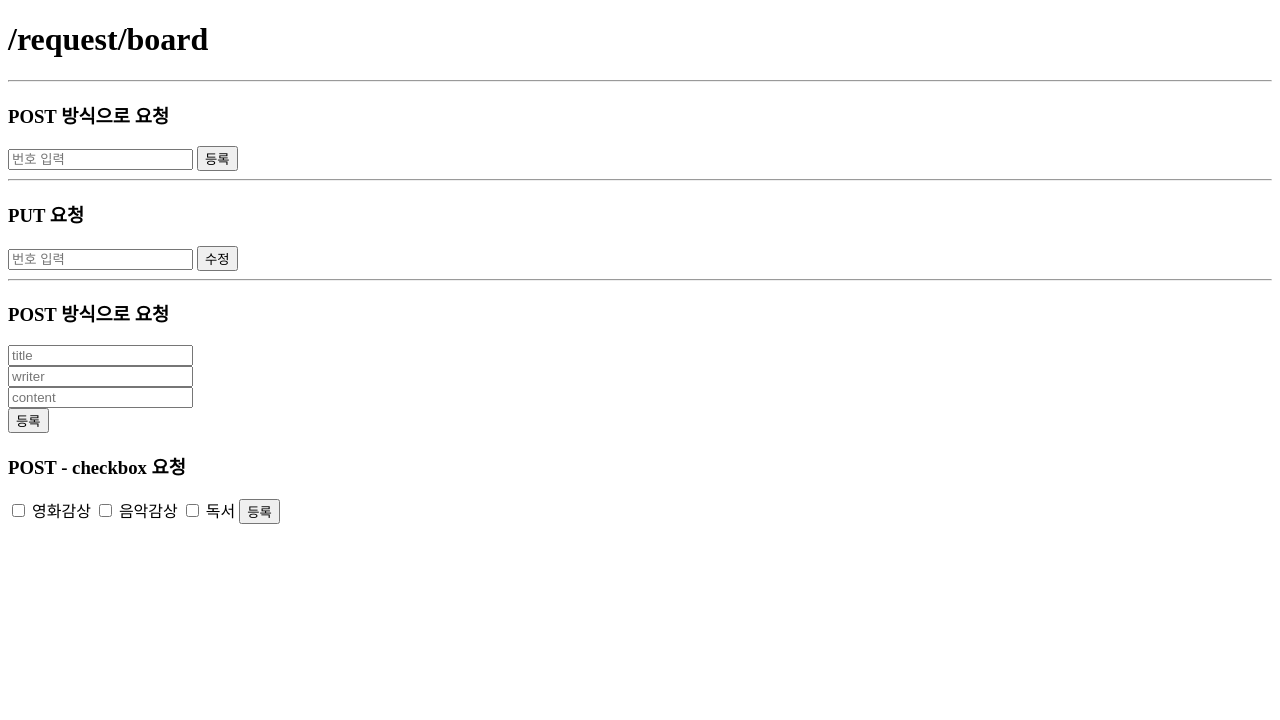
Repository: xegenie/Spring
Page: http://localhost/spring-mvc/request/board
An editor plug-in stored every save of this project. The page is shown before and after the next save, followed by the edit.
The browser window is 1280 px wide. The pictures show the whole page.
The page is served by Tomcat 9.

Above is the page before, as saved 2024-11-07 06:34:24.

After the next save:
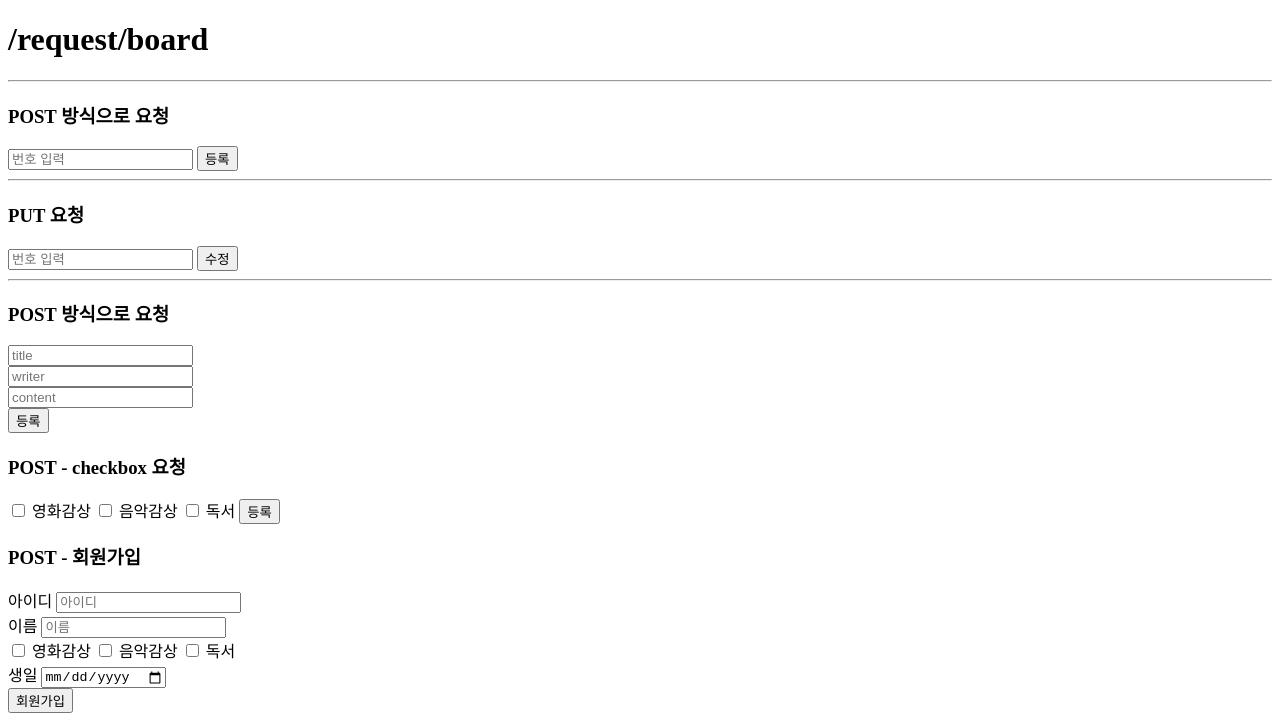
Saved 23 s later.
--- a/spring-mvc/src/main/webapp/WEB-INF/views/request/board.jsp
+++ b/spring-mvc/src/main/webapp/WEB-INF/views/request/board.jsp
@@ -53,5 +53,35 @@
         <input type="submit" value="등록">
     </form>
 
+	<h3>POST - 회원가입</h3>
+    <form action="<%= request.getContextPath() %>/request/user"
+          method="post">
+
+        <label for="id">아이디</label>
+        <input type="text" name="id" id="id" placeholder="아이디" />
+        <br>
+
+        <label for="name">이름</label>
+        <input type="text" name="name" id="name" placeholder="이름" />
+        <br>
+
+        <input type="checkbox" name="hobby" id="movie" value="movie" />
+        <label for="movie">영화감상</label>
+
+        <input type="checkbox" name="hobby" id="music" value="music" />
+        <label for="music">음악감상</label>
+
+        <input type="checkbox" name="hobby" id="book" value="book" />
+        <label for="book">독서</label>
+        <br>
+
+        <label for="birth">생일</label>
+        <input type="date" name="birth" id="birth" />
+        <br>
+
+
+        <input type="submit" value="회원가입">
+    </form>
+
 </body>
 </html>
